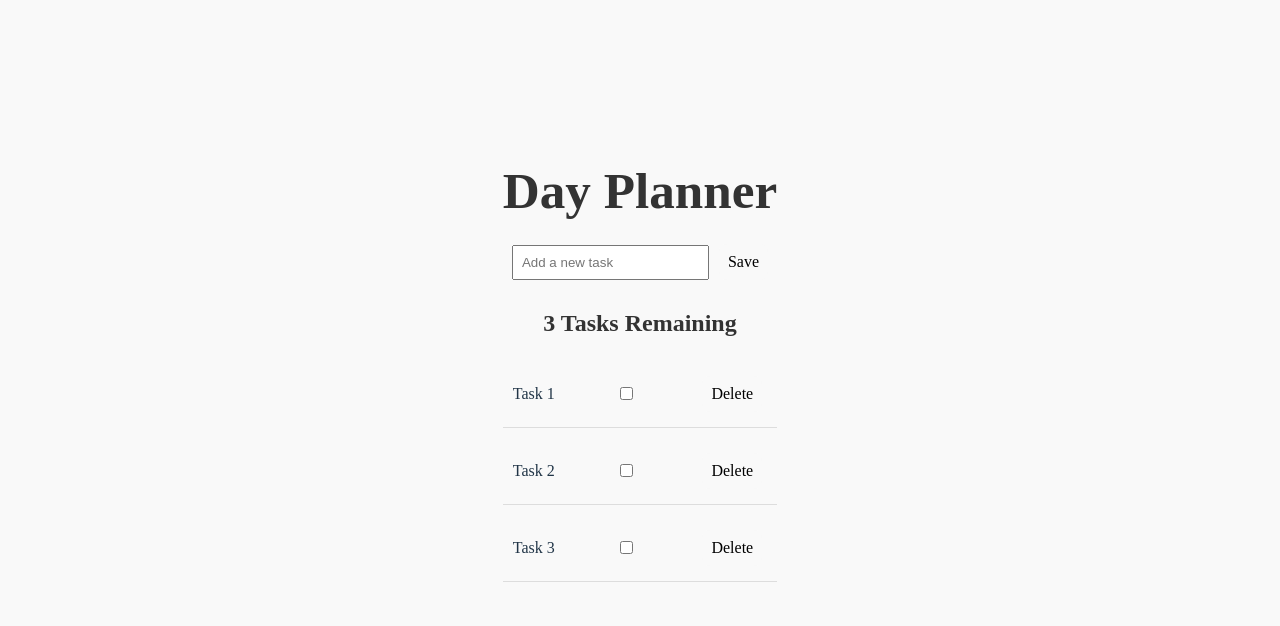
Repository: GavinPahal/Lab7
Page: /
The author's editor kept a copy of each file at every save. The page is drawn from the files as they stood at one save, then again after the next save.
The browser window is 1280 px wide. The pictures show the whole page.
The project was rebuilt for these pictures with package versions that can differ from the ones it lists, and the page was loaded fresh each time. Also part of the build but not shown: vite.config.js.

Above is the page before, as saved 2024-10-27 12:16:10.

After the next save:
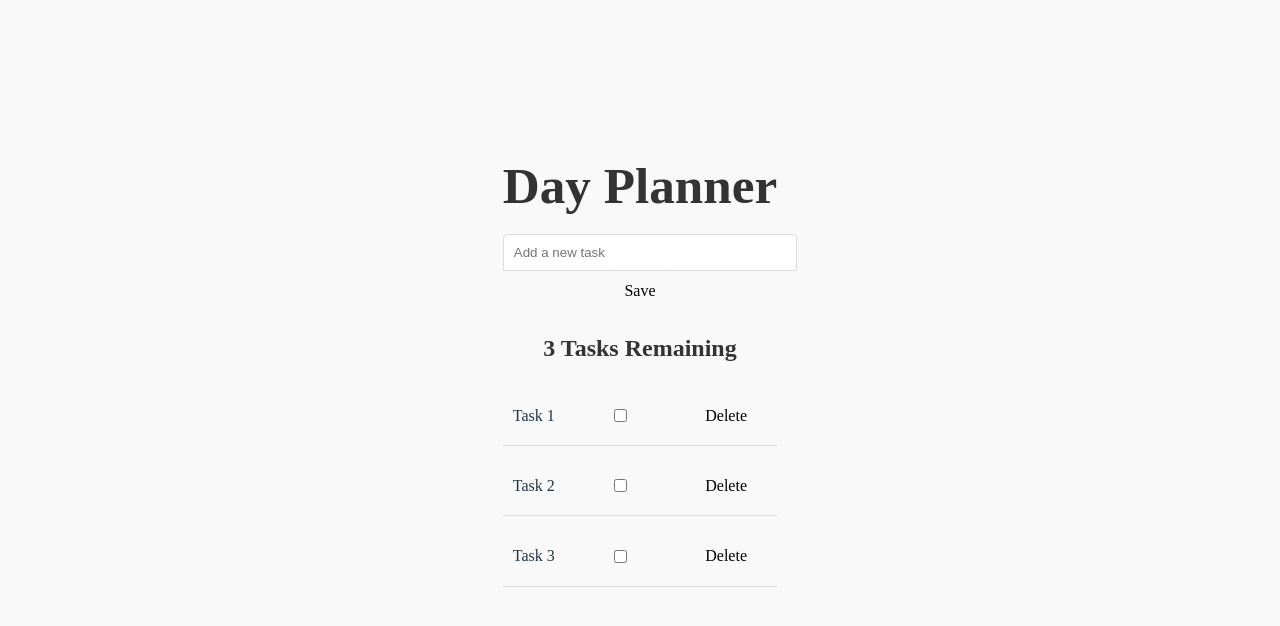
Saved 2 min 1 s later.
--- a/src/App.css
+++ b/src/App.css
@@ -39,12 +39,27 @@
   color: white; /* White text */
   padding: 10px; /* Padding for height */
   border: none; /* No border */
-  cursor: pointer;
-  font-size: 16px;
+  cursor: pointer; /* Pointer cursor on hover */
+  font-size: 16px; /* Font size */
   width: 100%; /* Full width for a rectangle shape */
+  border-radius: 0 0 4px 4px; /* Rounded corners at the bottom */
 }
 
-input[type="text"], button {
-  padding: 8px;
-  margin: 5px;
+/* Style input box */
+input[type="text"] {
+  padding: 10px; /* Same height as button */
+  width: calc(100% - 2px); /* Adjust width to prevent overflow */
+  border: 1px solid #ddd; /* Add border */
+  border-radius: 4px 4px 0 0; /* Rounded corners at the top */
+  margin: 0; /* Remove margin */
 }
+
+/* Reset margin and padding for button */
+button {
+  margin: 0; /* No margin to connect with input */
+}
+
+input[type="text"]:focus {
+  outline: none; /* Remove default outline on focus */
+  border-color: green; /* Change border color on focus */
+}

After the save that followed:
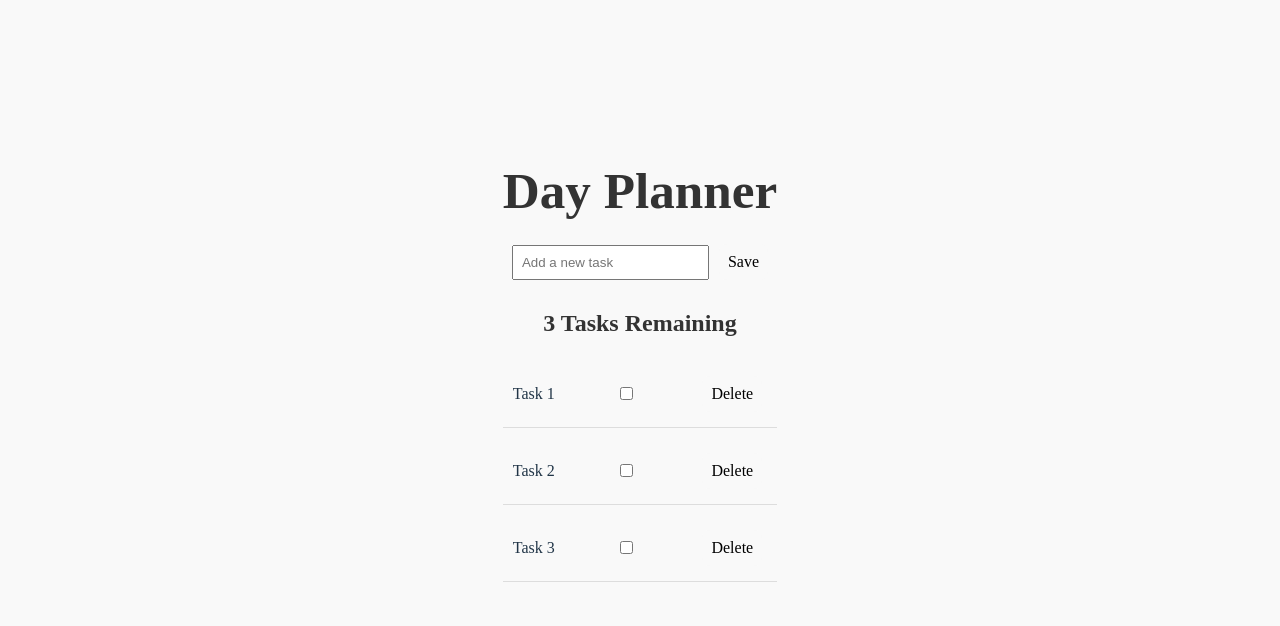
Saved 12 s later.
--- a/src/App.css
+++ b/src/App.css
@@ -39,27 +39,12 @@
   color: white; /* White text */
   padding: 10px; /* Padding for height */
   border: none; /* No border */
-  cursor: pointer; /* Pointer cursor on hover */
-  font-size: 16px; /* Font size */
+  cursor: pointer;
+  font-size: 16px;
   width: 100%; /* Full width for a rectangle shape */
-  border-radius: 0 0 4px 4px; /* Rounded corners at the bottom */
 }
 
-/* Style input box */
-input[type="text"] {
-  padding: 10px; /* Same height as button */
-  width: calc(100% - 2px); /* Adjust width to prevent overflow */
-  border: 1px solid #ddd; /* Add border */
-  border-radius: 4px 4px 0 0; /* Rounded corners at the top */
-  margin: 0; /* Remove margin */
+input[type="text"], button {
+  padding: 8px;
+  margin: 5px;
 }
-
-/* Reset margin and padding for button */
-button {
-  margin: 0; /* No margin to connect with input */
-}
-
-input[type="text"]:focus {
-  outline: none; /* Remove default outline on focus */
-  border-color: green; /* Change border color on focus */
-}
